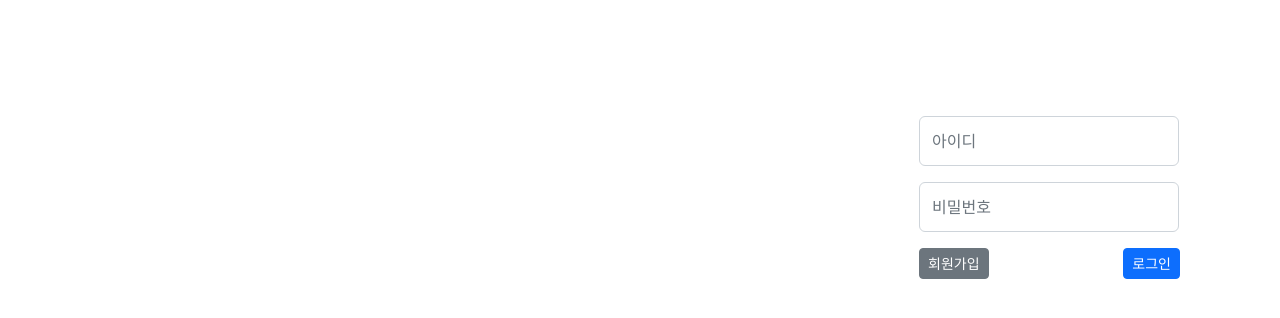
Repository: kokoko12334/myvocab-toy
Page: http://localhost/myVocabularyList/home.jsp
The author's editor kept a copy of each file at every save. The page is drawn from the files as they stood at one save, then again after the next save.
The browser window is 1280 px wide. The pictures show the whole page.
The page is served by Tomcat 9. Other server files are loaded and not shown.

Above is the page before, as saved 2023-04-08 04:36:22.

### myVocabularyList/src/main/webapp/home.jsp
<%@ page language="java" contentType="text/html; charset=UTF-8"
    pageEncoding="UTF-8"%>

<%@ taglib prefix="c" uri = "http://java.sun.com/jsp/jstl/core" %>

<!DOCTYPE html>
<html>
<head>
<meta charset="UTF-8">
<title>영어단어장 홈화면</title>
<link href="https://cdn.jsdelivr.net/npm/bootstrap@5.2.3/dist/css/bootstrap.min.css" rel="stylesheet" integrity="sha384-rbsA2VBKQhggwzxH7pPCaAqO46MgnOM80zW1RWuH61DGLwZJEdK2Kadq2F9CUG65" crossorigin="anonymous">

</head>

<body>

	<div  style="float: right;margin-right:100px;margin-top: 100px;text-align:right" >

		<form action = "/login" method = "post" style="height: 164px;width: 261px;">
			<input class="form-control my-3" style = "height:50px; width: 260px;" type = "text" name = "id" placeholder = "아이디">
			<input class="form-control my-3" style = "height:50px; width: 260px;" type = "password" name = "pwd" placeholder = "비밀번호">

			<div style="float: left;">
				<button type="button" class="btn btn-secondary btn-sm"  onClick="location.href='joinForm.jsp'">회원가입</button>
			</div>

			<button type = "submit"  class="btn btn-primary btn-sm" >로그인</button>

		</form>

	</div>






</body>

</html>

After the next save:
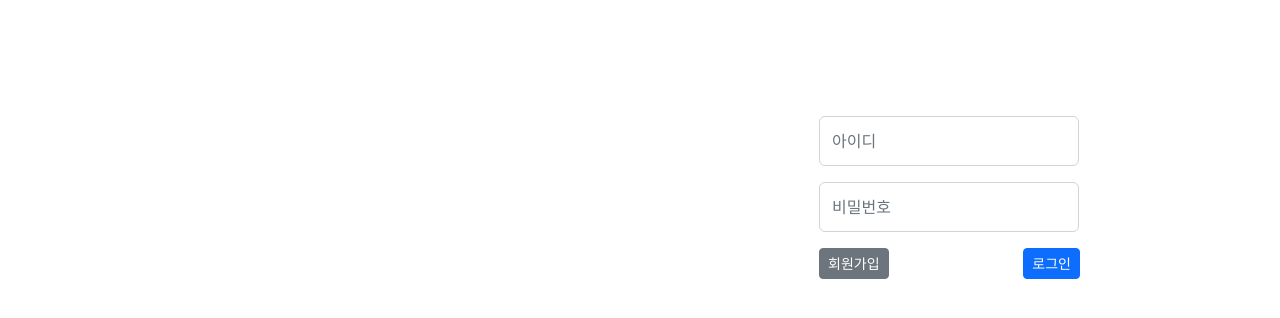
Saved 8 s later.
--- a/myVocabularyList/src/main/webapp/home.jsp
+++ b/myVocabularyList/src/main/webapp/home.jsp
@@ -14,7 +14,7 @@
 
 <body>
 
-	<div  style="float: right;margin-right:100px;margin-top: 100px;text-align:right" >
+	<div  style="float: right;margin-right:200px;margin-top: 100px;text-align:right" >
 
 		<form action = "/login" method = "post" style="height: 164px;width: 261px;">
 			<input class="form-control my-3" style = "height:50px; width: 260px;" type = "text" name = "id" placeholder = "아이디">
